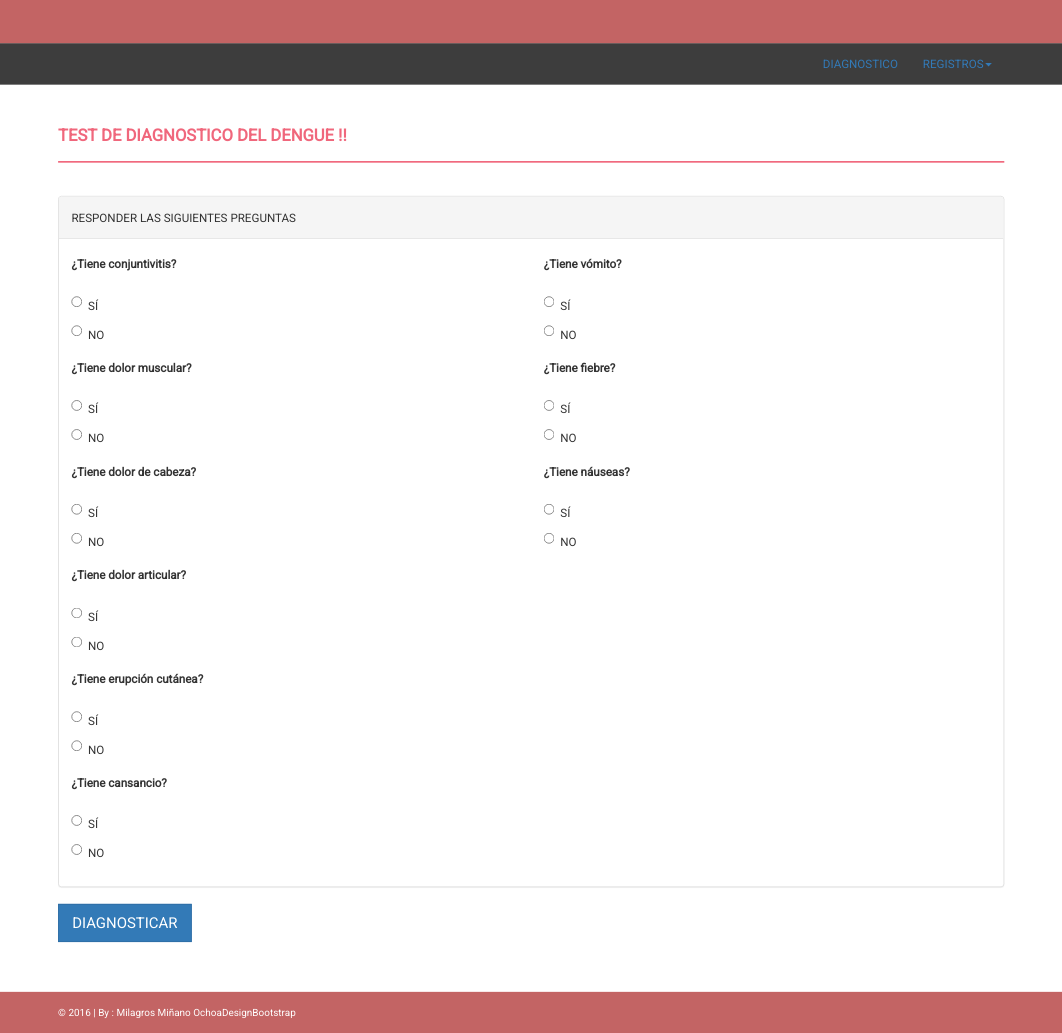
Repository: Mili10/PROYECTOII
Page: http://localhost/Capa_Presentacion/frmCuestionario.jsp
The author's editor kept a copy of each file at every save. The page is drawn from the files as they stood at one save, then again after the next save.
The browser window is 1280 px wide. The pictures show the whole page, at 83% of full size.
The page is served by Tomcat 9.

Above is the page before, as saved 2016-07-07 16:23:33.

After the next save:
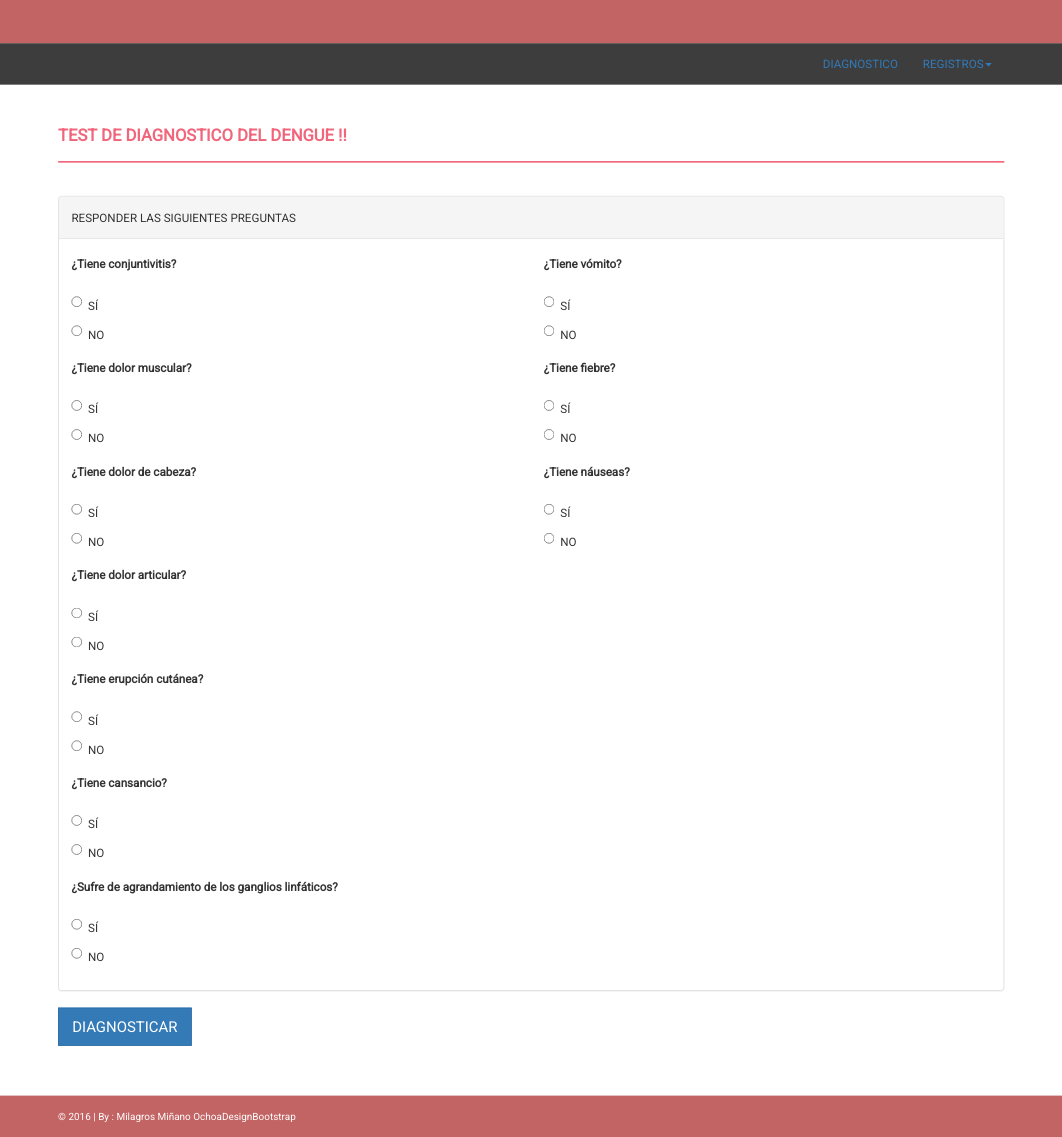
Saved 4 min 52 s later.
--- a/sistema_experto_web/Capa_Presentacion/WebContent/frmCuestionario.jsp
+++ b/sistema_experto_web/Capa_Presentacion/WebContent/frmCuestionario.jsp
@@ -120,6 +120,21 @@
 								    NO
 								  </label>
 								</div>
+								<div class="form-group">
+								    <label for="exampleInputEmail1">¿Sufre de agrandamiento de los ganglios linfáticos?</label>
+								</div>
+								<div class="radio">
+								  <label>
+								    <input type="radio" name="opcionAGL" id="opcionAGL" value="AG_Lingaticos">
+								    SÍ
+								  </label>
+								</div>
+								<div class="radio">
+								  <label>
+								    <input type="radio" name="opcionAGL" id="opcionAGL" value="~AG_Lingaticos">
+								    NO
+								  </label>
+								</div>
 						</div>
 
 						 <div class="col-md-6">
